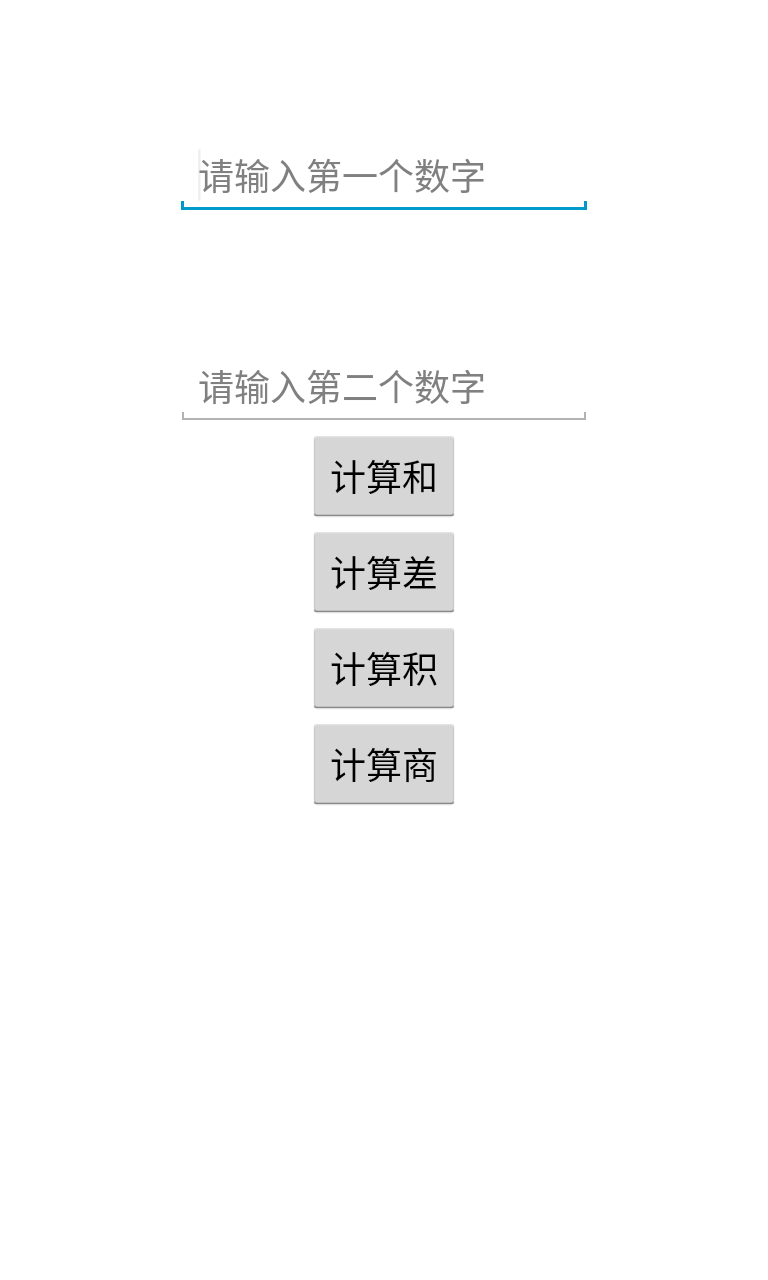
Repository: KungW/windows_learn_java_track
Layout: Caculator/res/layout/activity_main.xml
The author's editor kept a copy of each file at every save. The layout is drawn from the files as they stood at one save, then again after the next save.
It is drawn on a 768 x 1280 px phone screen (xhdpi) without system bars, with theme AppTheme; the app's code is not run.

Above is the layout before, as saved 2016-10-14 07:34:21.

### Caculator/res/layout/activity_main.xml
<RelativeLayout xmlns:android="http://schemas.android.com/apk/res/android"
    xmlns:tools="http://schemas.android.com/tools"
    android:layout_width="match_parent"
    android:layout_height="wrap_content"
    android:paddingBottom="@dimen/activity_vertical_margin"
    android:paddingLeft="@dimen/activity_horizontal_margin"
    android:paddingRight="@dimen/activity_horizontal_margin"
    android:paddingTop="@dimen/activity_vertical_margin"
    tools:context=".MainActivity" >

    <EditText
        android:id="@+id/editText2"
        android:layout_width="wrap_content"
        android:layout_height="wrap_content"
        android:layout_alignLeft="@+id/editText1"
        android:layout_below="@+id/editText1"
        android:layout_marginTop="64dp"
        android:hint="请输入第二个数字"
        android:ems="10" />

    <Button
        android:id="@+id/button1"
        android:layout_width="wrap_content"
        android:layout_height="wrap_content"
        android:layout_below="@+id/editText2"
        android:layout_centerHorizontal="true"
        android:text="计算和" />
    <Button
        android:id="@+id/button2"
        android:layout_width="wrap_content"
        android:layout_height="wrap_content"
        android:layout_below="@id/button1"
        android:layout_centerHorizontal="true"
        android:text="计算差" />
    <Button
        android:id="@+id/button3"
        android:layout_width="wrap_content"
        android:layout_height="wrap_content"
        android:layout_below="@id/button2"
        android:layout_centerHorizontal="true"
        android:text="计算积" />
    <Button
        android:id="@+id/button4"
        android:layout_width="wrap_content"
        android:layout_height="wrap_content"
        android:layout_below="@id/button3"
        android:layout_centerHorizontal="true"
        android:text="计算商" />

    <TextView
        android:id="@+id/textView1"
        android:layout_width="wrap_content"
        android:layout_height="wrap_content"
        android:layout_alignParentLeft="true"
        android:layout_alignParentRight="true"
        android:layout_below="@+id/button1"
        android:layout_marginTop="41dp"
        android:textAppearance="?android:attr/textAppearanceLarge" />

    <EditText
        android:id="@+id/editText1"
        android:layout_width="wrap_content"
        android:layout_height="wrap_content"
        android:layout_alignParentTop="true"
        android:layout_centerHorizontal="true"
        android:layout_marginTop="51dp"
        android:ems="10"
        android:hint="请输入第一个数字" >

        <requestFocus />
    </EditText>

</RelativeLayout>

Loaded but not shown: Caculator/res/values/styles.xml (common file); Caculator/res/values-v11/styles.xml (common file); Caculator/res/values-v14/styles.xml (common file); Caculator/res/values/dimens.xml (common file)

After the next save:
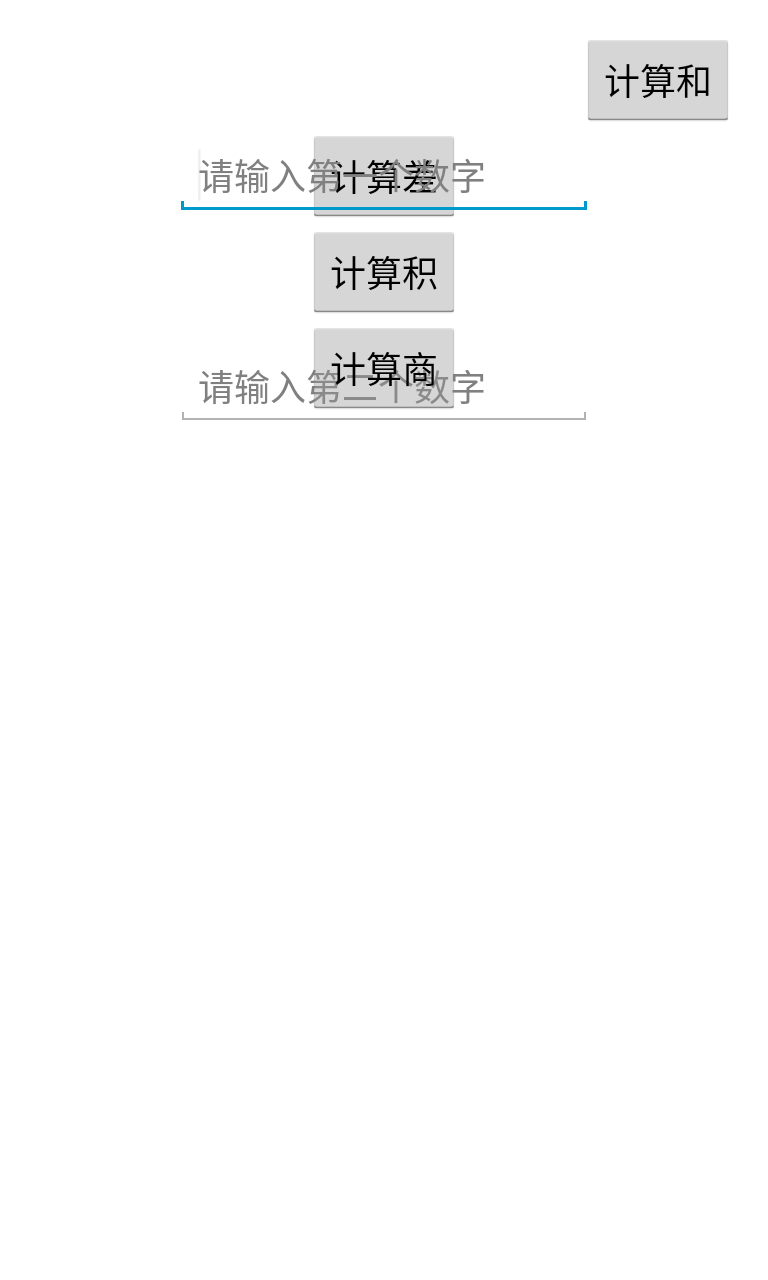
Saved 2 min 58 s later.
--- a/Caculator/res/layout/activity_main.xml
+++ b/Caculator/res/layout/activity_main.xml
@@ -22,7 +22,7 @@
         android:id="@+id/button1"
         android:layout_width="wrap_content"
         android:layout_height="wrap_content"
-        android:layout_below="@+id/editText2"
+        android:layout_alignParentRight="true"
         android:layout_centerHorizontal="true"
         android:text="计算和" />
     <Button
